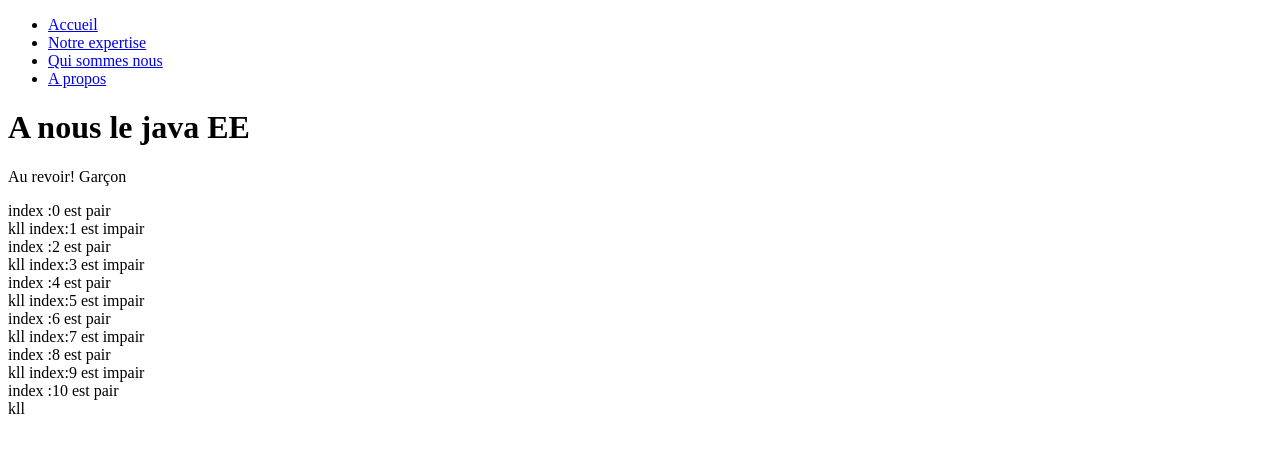
Repository: ibnadam2010/eclipse-workspace
Page: http://localhost/test/Test
These files come from the project's save history. The page is drawn as it stood at one moment and after the next save; the edit follows.
The browser window is 1280 px wide. The pictures show the whole page.
The page is served by Tomcat 9.

Above is the page before, as saved 2020-11-26 17:59:52.

After the next save:
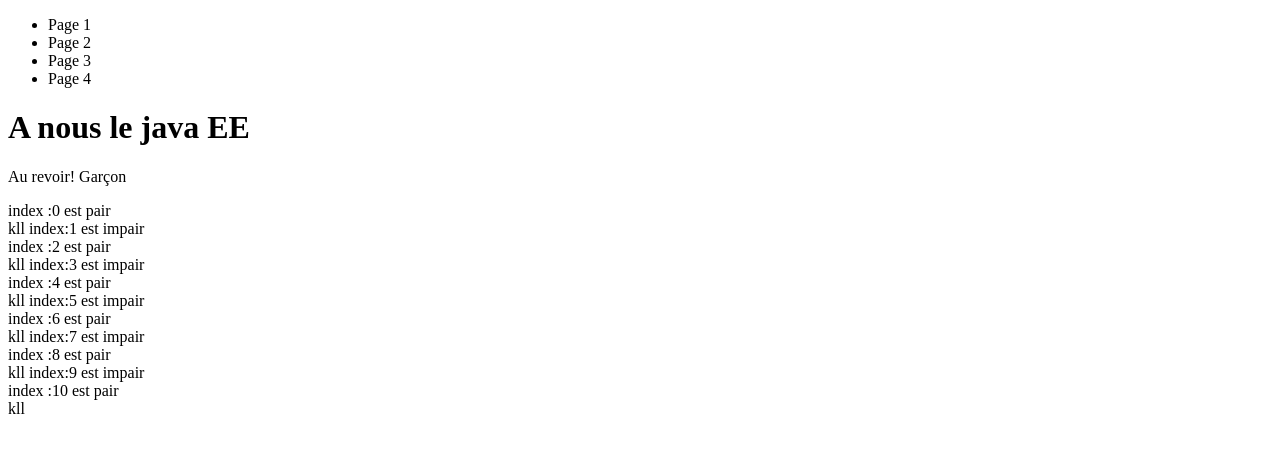
Saved 72 s later.
--- a/test/WebContent/WEB-INF/menu.jsp
+++ b/test/WebContent/WEB-INF/menu.jsp
@@ -1,6 +1,6 @@
 <ul>
-<li><a href="#">Accueil</a></li>
-<li><a href="#">Notre expertise</a></li>
-<li><a href="#">Qui sommes nous</a></li>
-<li><a href="#">A propos</a></li>
+<li>Page 1</li>
+<li>Page 2</li>
+<li>Page 3</li>
+<li>Page 4</li>
 </ul>
